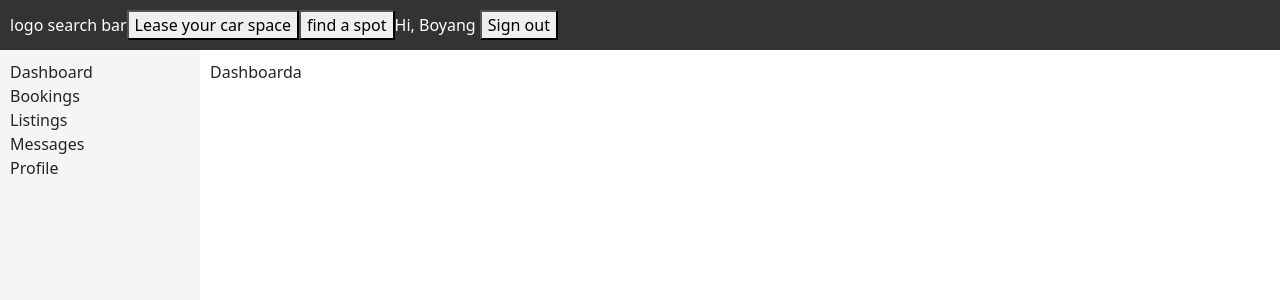
Repository: UNSWSpotFinder/SpotFinder
Page: /dashboard (app in frontend/)
These files come from the project's save history. The page is drawn as it stood at one moment and after a run of saves; the edit follows.
The browser window is 1280 px wide. The pictures show the whole page.
The project was rebuilt for these pictures with package versions that can differ from the ones it lists, and the page was loaded fresh each time. Also part of the build but not shown: frontend/src/HomePage.css, frontend/src/Login.css, frontend/src/Login.jsx, frontend/src/Regist.css, frontend/src/Regist.jsx, frontend/src/HomePage.jsx, frontend/src/App.css, frontend/src/components/Bookings.jsx and 3 more.

Above is the page before, as saved 2024-03-09 18:42:33.

### frontend/src/App.jsx
import logo from './logo.svg';
import React, {
  useState,
  useEffect,
  useRef,
  ChangeEvent,
  LabelHTMLAttributes,
  createContext,
  useContext,
  ReactNode,
} from 'react';
import {HomePageLarge,HomePageAdminSmall,HomePageAdminLarge,HomePageSmall} from './HomePage';
import { ErrorProvider, GlobalSnackbar, ErrorContext } from './API';
import { BrowserRouter, Routes, Route, Link } from 'react-router-dom';
import './App.css';

// 导入Dashboard相关页面组件
import DashboardTop from './components/DashboardTop';
import Dashboard from './components/Dashboard';
import Bookings from './components/Bookings';
import Listings from './components/Listings';
import Profile from './components/Profile';
import Messages from './components/Messages';

function App() {
  const [windowWidth, setWindowWidth] = useState(window.innerWidth);
  useEffect(() => {
    // 添加一个事件监听器，以便在窗口大小改变时更新windowWidth状态
    const handleResize = () => {
      setWindowWidth(window.innerWidth);
    };
    window.addEventListener('resize', handleResize);
    // 清除事件监听器以避免内存泄漏
    return () => {
      window.removeEventListener('resize', handleResize);
    };
  }, []);
  let layoutComponentHost;
  let LayoutComponentHome;
  let LayoutDetail;
  if (windowWidth > 760) {
    layoutComponentHost = null;
    LayoutComponentHome = <HomePageLarge/>;
    LayoutDetail = null;
  } else {
    layoutComponentHost = null;
    LayoutComponentHome = <HomePageSmall/>;;
    LayoutDetail = null;
  }
  return(
    <ErrorProvider>
      <GlobalSnackbar/>
        <BrowserRouter>
          <Routes>
            <Route path="/user/*" element={LayoutComponentHome} />
            {/* DashboardTop作为父路由 */}
            <Route path="/dashboard" element={<DashboardTop />}>
            <Route index element={<Dashboard />} />
            <Route path="bookings" element={<Bookings />} />
            <Route path="listings" element={<Listings />} />
            <Route path="messages" element={<Messages />} />
            <Route path="profile" element={<Profile />} />
          </Route>
            {/* Keep the wildcard route to catch all and render Home */}
            <Route path="/*" element={LayoutComponentHome} />
          </Routes>
        </BrowserRouter>
    </ErrorProvider>
  )
}

export default App;

### frontend/src/API.jsx
import Alert from '@mui/material/Alert';
import Snackbar from '@mui/material/Snackbar';
import Button from '@mui/material/Button';
import Stack from '@mui/material/Stack';
import React, { useState, useEffect, createContext,useContext } from 'react';

import { styled } from '@mui/material';
const port = '8080';
export const meetErrorLog = (error) => {
    console.log(error);
    let errorText = '';
    // switch case to show the error
    switch (error) {
      case 'info':
        errorText = 'Invalid username or password !';
        break;
      case 'access':
        errorText = 'No permission, please log in first!';
        break;
      default:
        errorText = 'Network error! Please try again.';
        break;
    }
    return errorText;
  };
export const ErrorContext = createContext({
    snackbarData: { severity: 'info', message: '1',timestamp: new Date().getTime()},
    setOpenSnackbar: () => {}, // 提供一个空函数避免调用时出错
  });
export const useError = () => useContext(ErrorContext);
export const ErrorProvider = ({ children }) => {
  const [snackbarData, setSnackbarData] = useState({
    severity: 'success',
    message: '',
    timestamp: new Date().getTime()
  });
  const setOpenSnackbar = (data) => {
    setSnackbarData(data);
  };
  return (
    <ErrorContext.Provider value={{snackbarData,setOpenSnackbar}}>
      {children}
    </ErrorContext.Provider>
  );
};
// The message to be displayed in the Snackbar
export const GlobalSnackbar = () => {
const { snackbarData, setOpenSnackbar } = useError();
// State to manage the visibility of the Snackbar
const [open, setOpen] = useState(false);
  useEffect(() => {
    console.log('Alert severity:', snackbarData.severity);
    console.log('Alert :', snackbarData.message);
    if (snackbarData.message) {
      setOpen(true);
    }
  }, [snackbarData.message, snackbarData.timestamp]);

  const handleClose = (event, reason) => {
    if (reason === 'clickaway') {
      return;
    }
    setOpen(false);
  };

return (
    // Snackbar component with automatic hiding and custom styling
    <Snackbar open={open} autoHideDuration={6000} onClose={handleClose}>
        <Alert onClose={handleClose} severity={snackbarData.severity}>
        {snackbarData.message}
        </Alert>
  </Snackbar>
);
};
export const callAPIsendEmailCode = (path,input)=>{
    return new Promise((resolve, reject) =>{
        fetch('http://localhost:'+String(port)+'/'+String(path),{
        method:'POST',
        headers: { 'Content-Type': 'application/json' },
        body:JSON.stringify(input),
        })
        .then((response)=>{
            if(response.ok){
                console.log('success');
                console.log(response);
                return resolve(response);
            }
            else if (response.status===400){
                const errorReason = 'Email not correct!';
                return reject(errorReason);
            }
            else{
                const errorReason = 'There is a problem with the network connection!';
                return reject(errorReason);
            }
        })
        .catch((error)=>{
            console.log(error);
        })
    })

}
export const callAPIverifyEmailCode = (path,input)=>{
    return new Promise((resolve, reject) =>{
        console.log(input);
        console.log('http://localhost:'+String(port)+'/'+String(path));
        fetch('http://localhost:'+String(port)+'/'+String(path),{
        method:'POST',
        headers: { 'Content-Type': 'application/json' },
        body:JSON.stringify(input),
        })
        .then((response)=>{
            if(response.ok){
                console.log('success');
                return resolve(response.json());
            }
            else if (response.status===400){
                const errorReason = 'Incorrect verification code.';
                return reject(errorReason);
            }
            else{
                const errorReason = 'There is a problem with the network connection!';
                return reject(errorReason);
            }
        })
        .catch((error)=>{
            console.log(error);
        })
    })

}
export const callAPIloginUser=(path,input)=>{

}
// 用户注册
export const callAPIRegistUser=(path,input)=>{
     return new Promise((resolve, reject) =>{
        console.log(input);
        console.log('http://localhost:'+String(port)+'/'+String(path));
        fetch('http://localhost:'+String(port)+'/'+String(path),{
        method:'POST',
        headers: { 'Content-Type': 'application/json' },
        body:JSON.stringify(input),
        })
        .then((response)=>{
            if(response.ok){
                console.log('success');
                return resolve(response.json());
            }
            else if (response.status===417){
                const errorReason = 'This email has been registed!';
                return reject(errorReason);
            }
            else{
                const errorReason = 'There is a problem with the network connection!';
                return reject(errorReason);
            }
        })
        .catch((error)=>{
            console.log(error);
        })
    })
}
// 用户登录
export const callAPILoginUser=(path,input)=>{
    return new Promise((resolve, reject) =>{
       console.log(input);
       console.log('http://localhost:'+String(port)+'/'+String(path));
       fetch('http://localhost:'+String(port)+'/'+String(path),{
       method:'POST',
       headers: { 'Content-Type': 'application/json' },
       body:JSON.stringify(input),
       })
       .then((response)=>{
           if(response.ok){
               console.log('success');
               return resolve(response.json());
           }
           else if (response.status===401){
               const errorReason = 'Username does not exist or password is incorrect!';
               return reject(errorReason);
           }
           else{
               const errorReason = 'There is a problem with the network connection!';
               return reject(errorReason);
           }
       })
       .catch((error)=>{
           console.log(error);
       })
   })
}
// 密码修改
export const callAPIResetPwdUser=(path,input)=>{
    return new Promise((resolve, reject) =>{
       console.log(input);
       console.log('http://localhost:'+String(port)+'/'+String(path));
       fetch('http://localhost:'+String(port)+'/'+String(path),{
       method:'POST',
       headers: { 'Content-Type': 'application/json' },
       body:JSON.stringify(input),
       })
       .then((response)=>{
           if(response.ok){
               console.log('success');
               return resolve(response.json());
           }
           else if (response.status===401){
               const errorReason = 'Username does not exist or password is incorrect!';
               return reject(errorReason);
           }
           else{
               const errorReason = 'There is a problem with the network connection!';
               return reject(errorReason);
           }
       })
       .catch((error)=>{
           console.log(error);
       })
   })
}

### frontend/src/components/DashboardTop.jsx
import React from 'react';
import { Outlet } from 'react-router-dom';
import './DashboardTop.css';

const DashboardTop = () => {
  return (
    <div className="dashboard-top">
      <div className="top-nav">
        <span>logo </span>
        <span>search bar</span>
        <button>Lease your car space</button>
        <button>find a spot</button>
        <span>Hi, </span>
        <span>Boyang </span>
        <button>Sign out</button>
      </div>
      <div className="content-area">
        <div className="side-nav">
          <div>Dashboard</div>
          <div>Bookings</div>
          <div>Listings</div>
          <div>Messages</div>
          <div>Profile</div>
        </div>
        <div className="main-content">
          <Outlet />
        </div>
      </div>
    </div>
  );
};

export default DashboardTop;

### frontend/src/components/Dashboard.jsx
import React from 'react';
import DashboardTop from './DashboardTop';

const Dashboard = () => {
  // 组件的状态和逻辑

  return (
    <div className='Dashboard'>
      {/* 组件的JSX结构 */}
      Dashboarda
    </div>
  );
}

export default Dashboard;

### frontend/src/components/DashboardTop.css
/* DashboardTop.css */

/* 整体布局 */
.dashboard-top {
    display: flex;
    flex-direction: column;
    height: 100vh; /* 使布局填满整个视口高度 */
  }

  /* 顶部导航样式 */
  .top-nav {
    background-color: #333; /* 暗色背景 */
    color: #fff; /* 白色文字 */
    padding: 10px; /* 内边距 */
  }

  /* 内容区域样式，包含侧边导航和主内容区 */
  .content-area {
    display: flex;
    flex-grow: 1; /* 占据剩余空间 */
  }

  /* 侧边导航样式 */
  .side-nav {
    background-color: #f5f5f5; /* 浅色背景 */
    width: 200px; /* 定宽 */
    padding: 10px; /* 内边距 */
  }

  /* 主内容区域样式 */
  .main-content {
    flex-grow: 1; /* 占据剩余空间 */
    padding: 10px; /* 内边距 */
  }

Loaded but not shown: frontend/public/index.html (common file); frontend/src/index.js (common file); frontend/src/index.css (common file); frontend/src/reportWebVitals.js (common file)

After the next 3 saves:
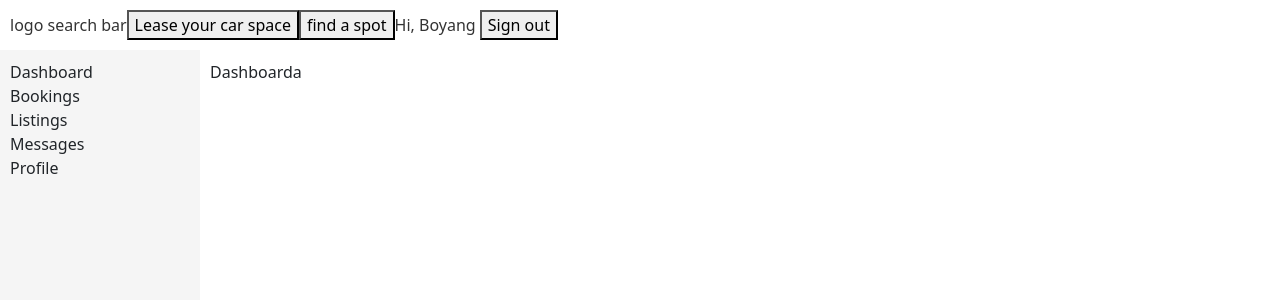
The 3 saves are shown as one change because they came seconds apart.
The last was saved 3 min 58 s later.
--- a/frontend/src/components/DashboardTop.css
+++ b/frontend/src/components/DashboardTop.css
@@ -9,8 +9,8 @@
 
   /* 顶部导航样式 */
   .top-nav {
-    background-color: #333; /* 暗色背景 */
-    color: #fff; /* 白色文字 */
+    background-color: #fff; /* 暗色背景 */
+    color: #333; /* 白色文字 */
     padding: 10px; /* 内边距 */
   }
 
